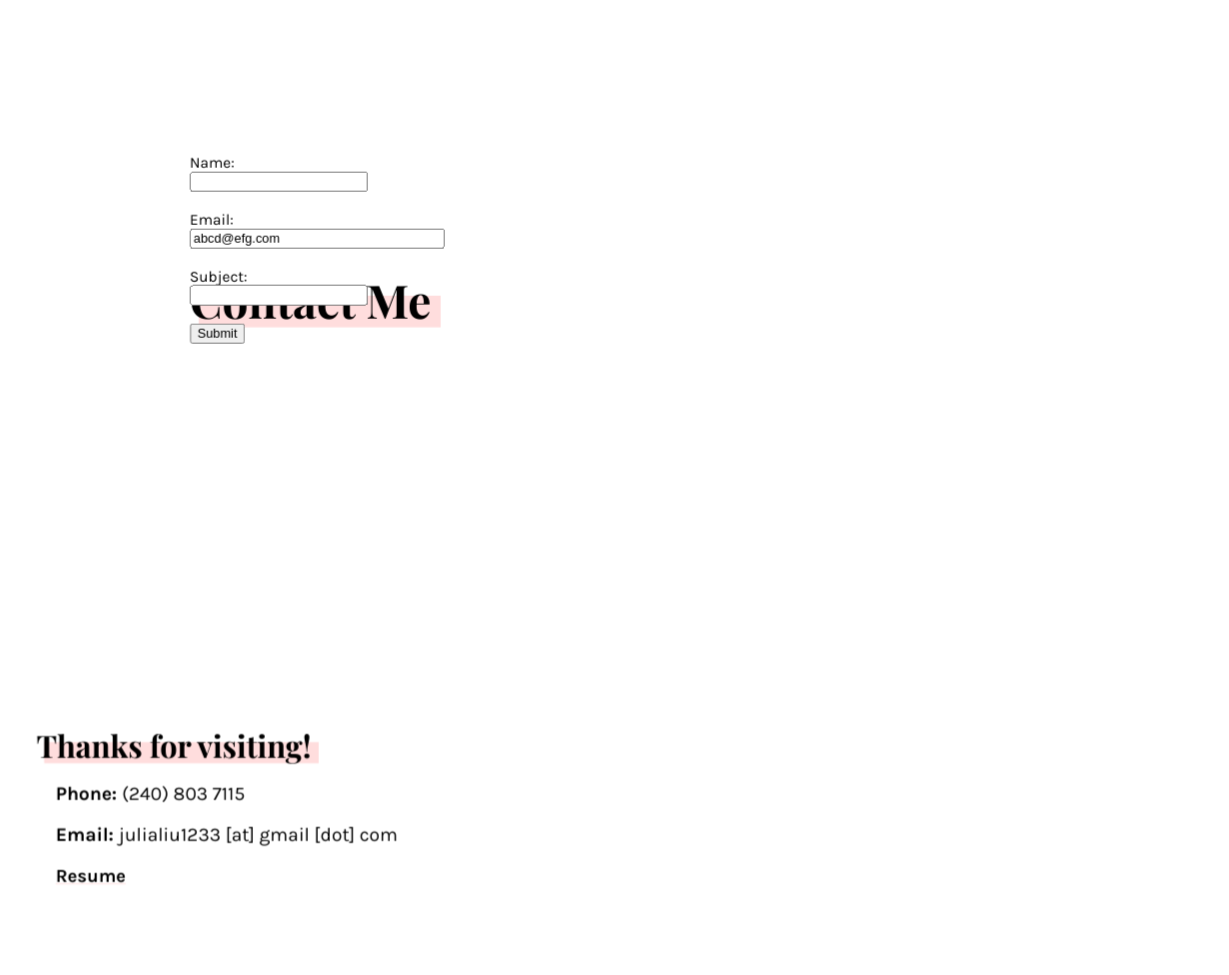
Repository: liu-julia/liu-julia.github.io
Page: contact.html
These files come from the project's save history. The page is drawn as it stood at one moment and after the next save; the edit follows.
The browser window is 1280 px wide. The pictures show the whole page, at 96% of full size.

Above is the page before, as saved 2022-05-19 15:29:11.

### contact.html
<!DOCTYPE html>
<html lang="en">
<head>
    <meta charset="UTF-8">
    <meta http-equiv="X-UA-Compatible" content="IE=edge">
    <meta name="viewport" content="width=device-width, initial-scale=1.0">
    <link rel="preconnect" href="https://fonts.googleapis.com">
    <link rel="preconnect" href="https://fonts.gstatic.com" crossorigin>
    <link href="https://fonts.googleapis.com/css2?family=Karla:wght@300;400;700&family=Open+Sans:wght@300;400;700&family=Playfair+Display:wght@400;700&family=Prata&display=swap" rel="stylesheet">
    <link rel="stylesheet" href="css/styles.css">
    <link rel="icon" href="images/jllogo.png">
    <script src="js/scripts.js"></script>
    <title>Julia Liu</title>
</head>
<body>
    <header id="topbar">
        <img id="logo" src="images/jllogo.png" alt="JL logo">
        <div id="navbar">
            <a class="hl_hover" href="index.html">Projects</a>
            <a class="hl_hover" href="about.html">About</a>
            <a class="highlighted" href="contact.html">Contact</a>
        </div>
    </header>
    <div id="content">
        <div class="form-container">
            <h2 class="highlighted">Contact Me</h2><br>
            <form>
                <label for="name"> Name:</label><br>
                <input type="text" id="name" name="name" required><br><br>
                <label for="email">Email:</label><br>
                <input type="email" id="email" size="30" value="abcd@efg.com" required><br><br>
                <label for="subject">Subject:</label><br>
                <input type="text" id="subject" name="subject" required><br><br>
                <button type="submit" value="Submit">Submit</buttom>
            </form>
        </div>
        <div id="foot">
            <h3 class="highlighted">Thanks for visiting!</h3>
            <div>
                <p><b>Phone: </b> (240) 803 7115</p>
                <p><b>Email: </b> juli<!--anti spam-->aliu1233 <!--anti spam--> [at] gmai<!--anti spam-->l [dot] com</p>
                <a href="JuliaLiu.pdf"><b>Resume</b></a>
            </div>
        </div>
    </div>
</body>
</html>

### css/styles.css
:root {
    font-family: 'Karla', sans-serif;
}
html {
    height: 100%;
}
header {
    position: fixed;
    top: 0;
    left: 0;
    right: 0;
    width: 100%;
    height: 60px;
    background-color: white;
    z-index: 1;
    box-shadow: 0 0 10px #FFFFFF;
    transition: top .2s;
}
#logo {
    width: 25px;
    height: 35px;
    padding: 13px;
}
#navbar {
    float: right;
}
#navbar a {
    position: relative;
    top: 10px;
    margin-right: 25px;
    align-self: center;
    color: black;
}
body {
    height: 100%;
}
#content {
    height: 100%;
}
h1 {
    font-family: 'Prata', serif;
    font-weight: 400;
    font-size: 6em;
}
#top {
    height: 100%;
}
h1{
    position: absolute;
    bottom: 12rem;
    left: 1rem;
    right: 1rem;
    text-align: center;
    margin: auto;
    width: 75%;
}
h1.highlighted::before {
    content: "";
    position: absolute;
    width: 100%;
    background: #ffdddd;
    left: .25em;
    bottom: .15em;
    height: .7em;
    z-index: -1;
    animation: highlightAnimation ease 3s;
    animation-iteration-count: 1;
    animation-fill-mode: forwards;
}

@keyframes highlightAnimation {
    0% {
        transform: scaleX(0);
        transform-origin: left;
    }
    100% {
        transform: scaleX(1);
        transform-origin: left;
     }
}

#navbar a.highlighted::before {
    content: "";
    position: absolute;
    width: 100%;
    background: #ffdddd;
    left: .25em;
    bottom: .05em;
    height: .7em;
    z-index: -1;
}
.hl_hover::before {
    content: "";
    position: absolute;
    width: 100%;
    background: #ffdddd;
    left: .25em;
    bottom: .05em;
    height: .7em;
    z-index: -1;
    transition: transform 0.5s;
    transform: scaleX(0);
    transform-origin: right;
}
.hl_hover:hover::before {
    transform: scaleX(1);
    transform-origin: left;
}
h2 {
    font-family: 'Playfair Display', serif;
    font-size: 3em;
}
h3 {
    font-family: 'Playfair Display', serif;
    font-size: 2em;

}
h4 {
    font-size: 1.1em;
    line-height: 1.5em;
}
h3.highlighted::before {
    content: "";
    position: absolute;
    width: 100%;
    background: #ffdddd;
    left: .25em;
    bottom: .05em;
    height: .7em;
    z-index: -1;
}
#navbar a {
    font-family: 'Playfair Display', serif;
    font-size: 1.5em;
    font-weight: 700;
    text-decoration: none;
}
p {
    font-size: 1.25rem;
}
#head_desc {
    font-size: 1.5em;
    font-weight: 400;
    position: absolute;
    bottom: 6rem;
    width: 90%;
    left: 1rem;
    right: 1rem;
    text-align: center;
    margin: auto;
    width: 75%;
}
#face {
    position: absolute;
    height: 45%;
    top: 5em;
    left: 30em;
    right: 30em;
    border-radius: 2em;
    margin: auto;
    box-shadow: 2px 2px 10px #00000066;
}
#foot {
    padding-left: 30px;
    position: absolute;
    width: 90%;
    height: 40%;
}
#foot h3.highlighted {
    position: absolute;
    bottom: 65%;
}
#foot div {
    position: absolute;
    bottom: 25%;
    padding: 20px;
}
a {
    color: black;
    text-decoration: underline;
    text-decoration-color: #ffdddd;
    transition: text-decoration ease-in .2s;
}
#foot a {
    font-size: 1.2rem;
}
a:hover {
    text-decoration-color: #ffb4b4;
}
#construction {
    height: 100%;
}

body {
    animation: fadeInAnimation ease 2s;
    animation-iteration-count: 1;
    animation-fill-mode: forwards;
}

@keyframes fadeInAnimation {
    0% {
        opacity: 0;
    }
    100% {
        opacity: 1;
     }
}
.project {
    width: 70%;
    display: flex;
    margin: auto;
    height: 40%;
    padding: 2.5rem;
    align-items: center;
}
.project img {
    max-width: 40%;
    max-height: 100%;
    box-shadow: 2px 2px 10px #00000066;
    border-radius: 2rem;
    margin: 2em;
}

a img {
    max-width: 8%;
    position: absolute;
    bottom: 30px;
    margin: auto;
    left: 1rem;
    right: 1rem;
}
.about {
    width: 70%;
    display: flex;
    margin: auto;
    height: 100%;
    align-items: center;
}

.about img {
    max-width: 30%;
    box-shadow: 2px 2px 10px #00000066;
    border-radius: 2rem;
    margin: 2em;
}

.about-text {
    position: absolute;
    margin-left: 25%;
    margin-right: 15%;
}
.about-text h2 {
    position: absolute;
    top: -110px;
}

h2.highlighted::before {
    content: "";
    position: absolute;
    width: 100%;
    background: #ffdddd;
    left: .20em;
    bottom: .05em;
    height: .7em;
    z-index: -1;
}

.form-container {
    width: 70%;
    margin: auto;
    height: 100%;
}

.form-container h2 {
    position: absolute;
    top: 5em;
}

form {
    position: absolute;
    top: 10em;
}

### js/scripts.js
var prevScrollpos = window.pageYOffset;
window.onscroll = function() {
  var currentScrollPos = window.pageYOffset;
  if (prevScrollpos > currentScrollPos) {
    document.getElementById("topbar").style.top = "0";
  } else {
    document.getElementById("topbar").style.top = "-70px";
  }
  prevScrollpos = currentScrollPos;
}

After the next save:
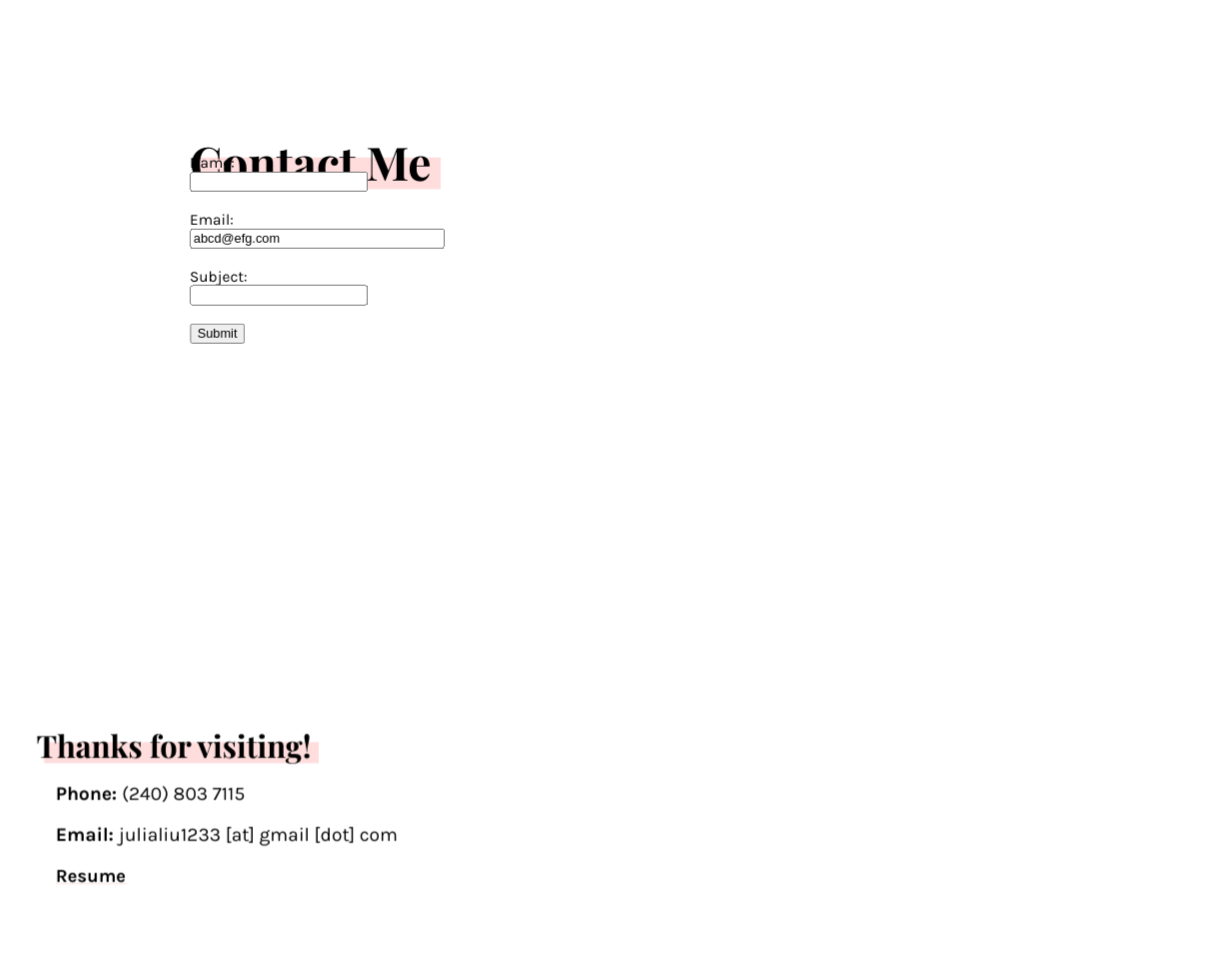
Saved 19 s later.
--- a/css/styles.css
+++ b/css/styles.css
@@ -273,7 +273,7 @@ h2.highlighted::before {
 
 .form-container h2 {
     position: absolute;
-    top: 5em;
+    top: 2em;
 }
 
 form {
